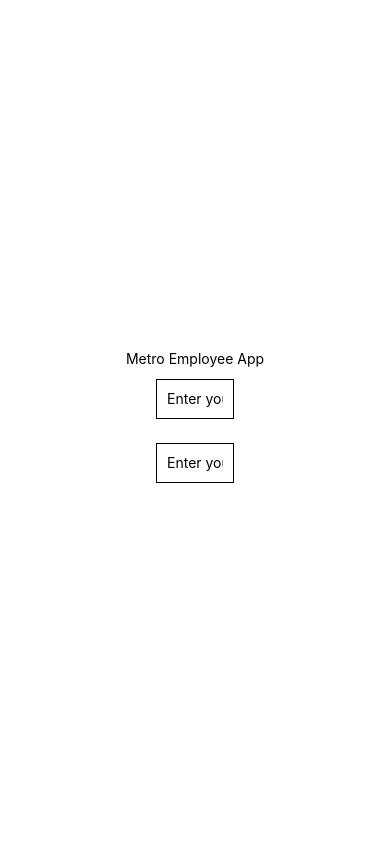
Repository: VishnuJG/Metro-Employee-App
Screen: /
An editor plug-in stored every save of this project. The screen is shown before and after the next save, followed by the edit.
The app was drawn by React Native's web renderer in a window 390 px wide. The project was rebuilt for these pictures with package versions that can differ from the ones it lists, and the page was loaded fresh each time. Some packages were replaced by stand-ins written for this rebuild.

Above is the screen before, as saved 2022-06-28 12:39:17.

After the next save:
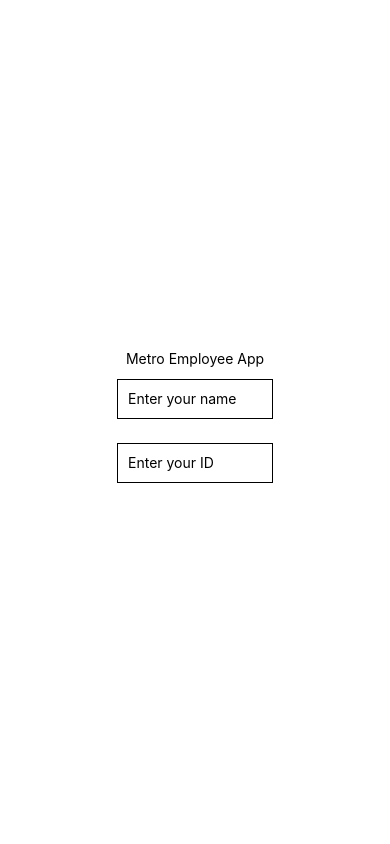
Saved 46 s later.
--- a/App.js
+++ b/App.js
@@ -47,7 +47,7 @@ const styles = StyleSheet.create({
     height: 40,
     margin: 12,
     borderWidth: 1,
-    width:'20%',
+    width:'40%',
     padding: 10,
   },
   inputForm:{
